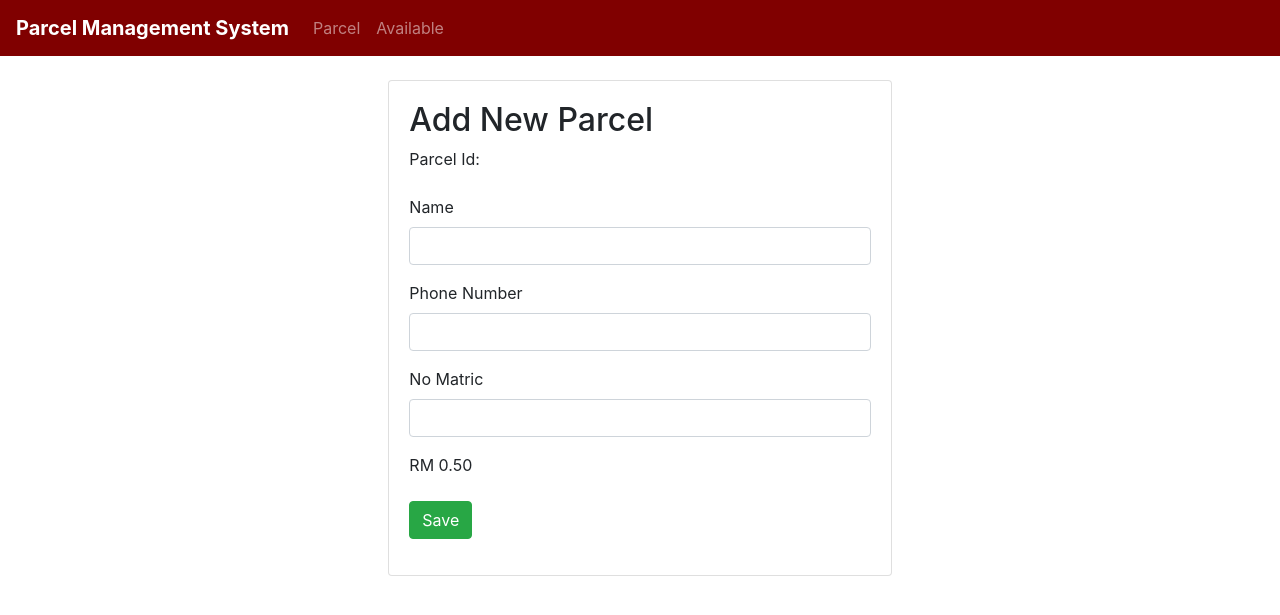
Repository: fikriupm/ParcelManagement_CBSEProject
Page: http://localhost/ParcelManagementSystem/checkout-form.jsp
These files come from the project's save history. The page is drawn as it stood at one moment and after the next save; the edit follows.
The browser window is 1280 px wide. The pictures show the whole page.
The page is served by Tomcat 9. Other server files are loaded and not shown. The template is opened directly, without the code that normally fills it, so the values that code supplies are empty.

Above is the page before, as saved 2023-06-21 09:52:02.

### ParcelManagementSystem/src/main/webapp/checkout-form.jsp
<%@ page language="java" contentType="text/html; charset=UTF-8"
	pageEncoding="UTF-8"%>
<%@ taglib uri="http://java.sun.com/jsp/jstl/core" prefix="c"%>
<html>
<head>
<title>Parcel Management System</title>
<link rel="stylesheet"
	href="https://stackpath.bootstrapcdn.com/bootstrap/4.3.1/css/bootstrap.min.css"
	integrity="sha384-ggOyR0iXCbMQv3Xipma34MD+dH/1fQ784/j6cY/iJTQUOhcWr7x9JvoRxT2MZw1T"
	crossorigin="anonymous">
<style>
.navbar {
	background-color: #343a40;
	transition: background-color 0.3s ease;
}

.navbar:hover {
	background-color: #800000;
}

.navbar-brand {
	font-weight: bold;
	color: #fff;
	transition: color 0.3s ease;
}

.navbar-brand:hover {
	color: #ffc107;
}

.navbar-nav .nav-link {
	color: #fff;
	transition: color 0.3s ease;
}

.navbar-nav .nav-link:hover {
	color: #ffc107;
}

.navbar-toggler-icon {
	background-color: #fff;
	transition: background-color 0.3s ease;
}

.navbar-toggler:hover .navbar-toggler-icon {
	background-color: #ffc107;
}

.bg-custom {
	background-color: #B22222; /* Replace with your custom color */
}
</style>
</head>
<body>

	<header>
		<nav class="navbar navbar-expand-sm bg-custom navbar-dark sticky-top">
			<div>
				<a href="dashboard.jsp" class="navbar-brand"> Parcel Management
					System </a>
			</div>

			<ul class="navbar-nav">
				<li><a href="<%=request.getContextPath()%>/list"
					class="nav-link">Parcel</a></li>
			</ul>
			<ul class="navbar-nav">
				<li><a href="<%=request.getContextPath()%>/available"
					class="nav-link">Available</a></li>
			</ul>
		</nav>
	</header>
	<br>
	<div class="container col-md-5">
		<div class="card">
			<div class="card-body">
				<c:if test="${parcel != null}">
					<form action="update" method="post">
				</c:if>
				<c:if test="${parcel == null}">
					<form action="insert" method="post">
				</c:if>

				<caption>
					<h2>
						<c:if test="${parcel != null}">
            			Edit Parcel
            		</c:if>
						<c:if test="${parcel == null}">
            			Add New Parcel
            		</c:if>
					</h2>
				</caption>

				<c:if test="${parcel != null}">
					<input type="hidden" name="id"
						value="<c:out value='${parcel.id}' />" />
				</c:if>

				<fieldset class="form-group">
					<label>Parcel Id: ${parcel.id}</label>
				</fieldset>

				<fieldset class="form-group">
					<label>Name</label> <input type="text"
						value="<c:out value='${parcel.name}' />" class="form-control"
						name="name" required="required">
				</fieldset>

				<fieldset class="form-group">
					<label>Phone Number</label> <input type="text"
						value="<c:out value='${parcel.noPhone}' />" class="form-control"
						name="noPhone">
				</fieldset>

				<fieldset class="form-group">
					<label>No Matric</label> <input type="text"
						value="<c:out value='${parcel.noMatric}' />" class="form-control"
						name="noMatric">
				</fieldset>
				<fieldset class="form-group">
					<label>RM 0.50 </label>
				</fieldset>

				<button type="submit" class="btn btn-success">Save</button>
				</form>
			</div>
		</div>
	</div>
</body>
</html>

After the next save:
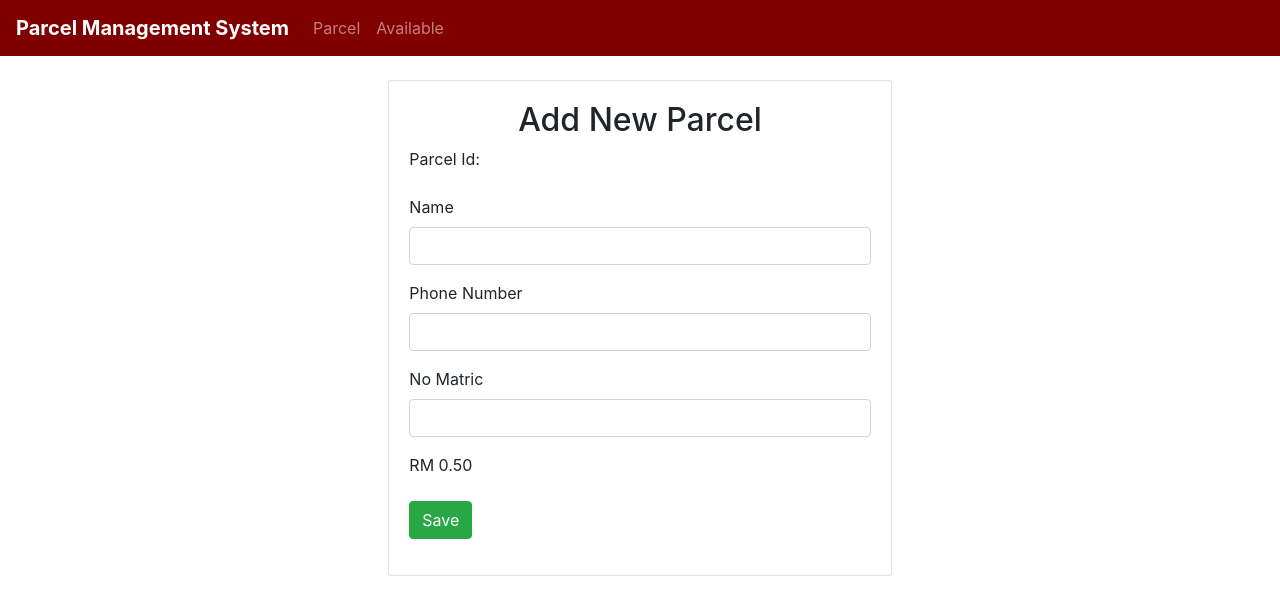
Saved 24 s later.
--- a/ParcelManagementSystem/src/main/webapp/checkout-form.jsp
+++ b/ParcelManagementSystem/src/main/webapp/checkout-form.jsp
@@ -82,7 +82,7 @@
 				</c:if>
 
 				<caption>
-					<h2>
+					<h2 class="text-center">
 						<c:if test="${parcel != null}">
             			Edit Parcel
             		</c:if>
